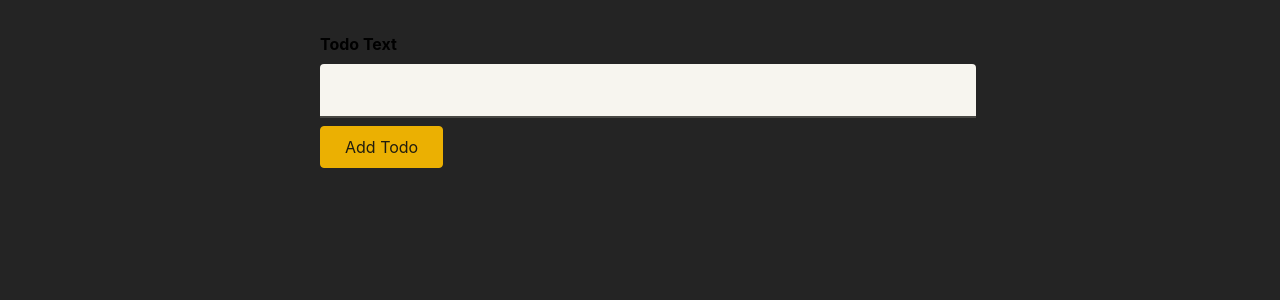
Repository: Hardyy00/React-Start
Page: / (app in React-Typescript-App-with-context-api/)
These files come from the project's save history. The page is drawn as it stood at one moment and after the next save; the edit follows.
The browser window is 1280 px wide. The pictures show the whole page.
The project was rebuilt for these pictures with package versions that can differ from the ones it lists, and the page was loaded fresh each time. Also part of the build but not shown: React-Typescript-App-with-context-api/vite.config.ts, React-Typescript-App-with-context-api/src/App.css, React-Typescript-App-with-context-api/src/Components/TodoItem.module.css, React-Typescript-App-with-context-api/src/Components/TodoItem.tsx.

Above is the page before, as saved 2024-01-27 13:44:36.

### React-Typescript-App-with-context-api/src/App.tsx
import { useState } from "react";
import "./App.css";
import NewTodo from "./Components/NewTodo";
import Todos from "./Components/Todos";
import Todo from "./Model/todos";

function App() {
  const [todos, setTodos] = useState<Todo[]>([]);

  function addTodo(todo: Todo) {
    setTodos((pre) => [...pre, todo]);
  }
  return (
    <div>
      <NewTodo onAddTodo={addTodo} />
      <Todos items={todos} />
    </div>
  );
}

export default App;

### React-Typescript-App-with-context-api/src/index.css
:root {
  font-family: Inter, system-ui, Avenir, Helvetica, Arial, sans-serif;
  line-height: 1.5;
  font-weight: 400;

  /* color-scheme: light dark; */
  background-color: #242424;

  font-synthesis: none;
  text-rendering: optimizeLegibility;
  -webkit-font-smoothing: antialiased;
  -moz-osx-font-smoothing: grayscale;
}

### React-Typescript-App-with-context-api/src/Components/NewTodo.tsx
import React, { useRef } from "react";
import Todo from "../Model/todos";
import classes from "./NewTodo.module.css";

const NewTodo: React.FC<{ onAddTodo: (item: Todo) => void }> = (props) => {
  const inputRef = useRef<HTMLInputElement>(null);
  const submitHandler = (event: React.FormEvent) => {
    event.preventDefault();

    const text = inputRef.current!.value;

    if (text.trim().length == 0) {
      return;
    }

    props.onAddTodo(new Todo(text));
    inputRef.current!.value = "";
  };

  return (
    <form action="" onSubmit={submitHandler} className={classes.form}>
      <label htmlFor="text">Todo Text</label>
      <input type="text" id="text" ref={inputRef} />
      <button>Add Todo</button>
    </form>
  );
};

export default NewTodo;

### React-Typescript-App-with-context-api/src/Components/Todos.tsx
import React from "react";
import Todo from "../Model/todos";
import TodoItem from "./TodoItem";
import classes from "./Todos.module.css";

// React.FunctionalComponent Type,and in that type we are defining the type of prop items
const Todos: React.FC<{ items: Todo[] }> = (props) => {
  return (
    <ul className={classes.todos}>
      {props.items.map((item) => (
        <TodoItem todoItem={item} key={item.id} />
      ))}
    </ul>
  );
};

export default Todos;

### React-Typescript-App-with-context-api/src/Components/NewTodo.module.css
.form {
  width: 40rem;
  margin: 2rem auto;
}

.form label {
  display: block;
  font-weight: bold;
  margin-bottom: 0.5rem;
}

.form input {
  display: block;
  width: 100%;
  font: inherit;
  font-size: 1.5rem;
  padding: 0.5rem;
  border-radius: 4px;
  background-color: #f7f5ef;
  border: none;
  border-bottom: 2px solid #494844;
  border-bottom-right-radius: 0;
  border-bottom-left-radius: 0;
  margin-bottom: 0.5rem;
}

.form button {
  font: inherit;
  background-color: #ebb002;
  border: 1px solid #ebb002;
  color: #201d0f;
  padding: 0.5rem 1.5rem;
  border-radius: 4px;
  cursor: pointer;
}

.form button:hover,
.form button:active {
  background-color: #ebc002;
  border-color: #ebc002;
}

Loaded but not shown: React-Typescript-App-with-context-api/index.html (common file); React-Typescript-App-with-context-api/src/main.tsx (common file); React-Typescript-App-with-context-api/src/Model/todos.ts (common file); React-Typescript-App-with-context-api/src/Components/Todos.module.css (common file)

After the next save:
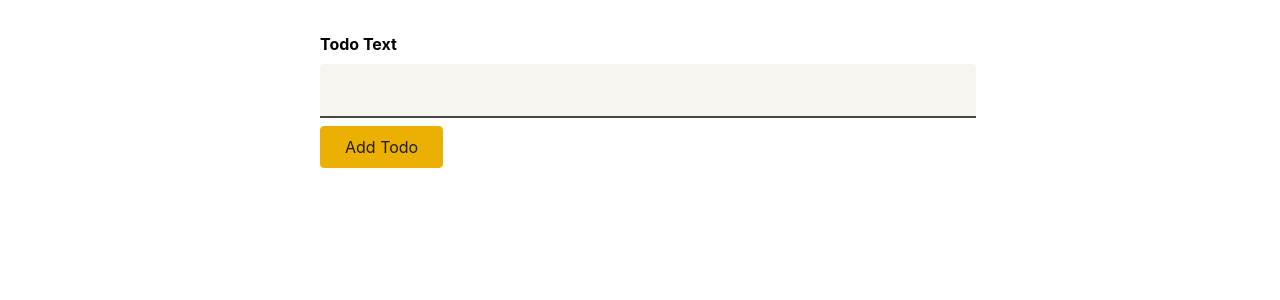
Saved 6 s later.
--- a/React-Typescript-App-with-context-api/src/index.css
+++ b/React-Typescript-App-with-context-api/src/index.css
@@ -4,7 +4,7 @@
   font-weight: 400;
 
   /* color-scheme: light dark; */
-  background-color: #242424;
+  /* background-color: #242424; */
 
   font-synthesis: none;
   text-rendering: optimizeLegibility;
